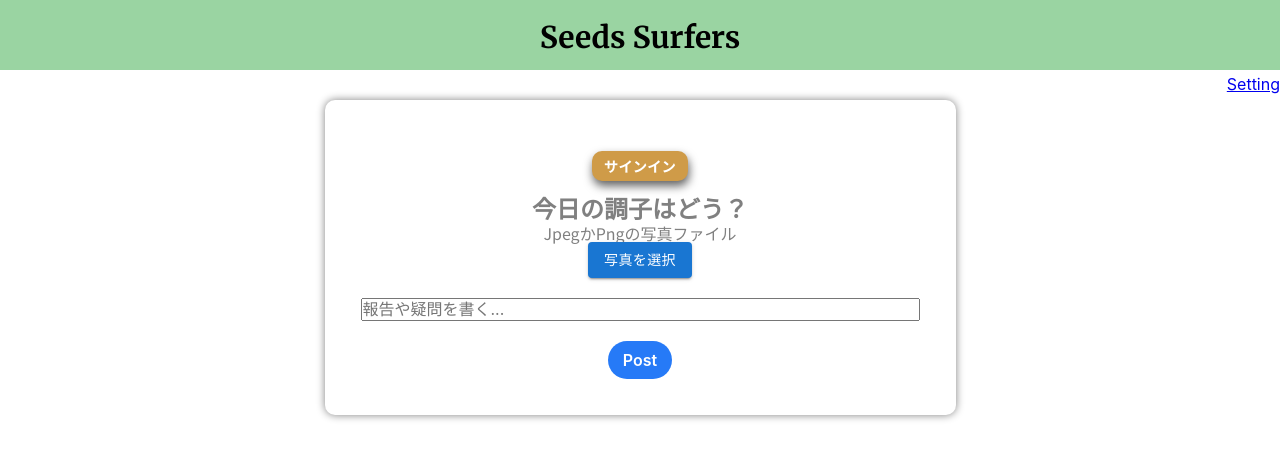
Repository: Seiya00002/seeds_surfers_react_sns
Page: /
The author's editor kept a copy of each file at every save. The page is drawn from the files as they stood at one save, then again after the next save.
The browser window is 1280 px wide. The pictures show the whole page.
The page's requests for data from a server got no answer. The project was rebuilt for these pictures with package versions that can differ from the ones it lists, and the page was loaded fresh each time. No one was signed in, and anything a server would have sent is missing. Also part of the build but not shown: src/Components/Post.css, src/Components/Post.tsx, src/Components/Account.tsx, src/Components/SignIn.css, src/Components/SignIn.tsx.

Above is the page before, as saved 2023-08-25 10:46:58.

After the next save:
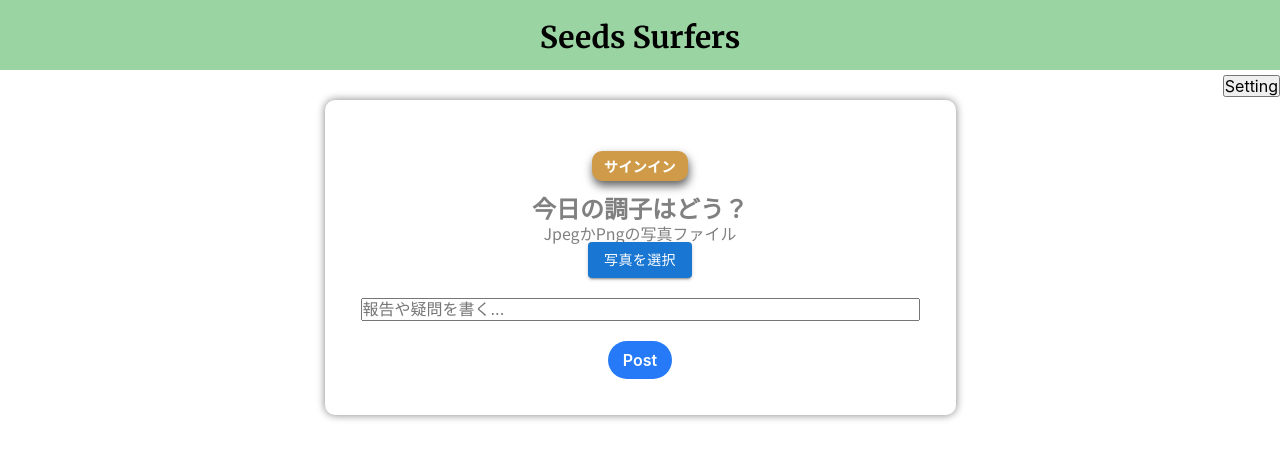
Saved 2 min 49 s later.
--- a/src/Header.tsx
+++ b/src/Header.tsx
@@ -1,4 +1,5 @@
 import React from "react";
+import { Link } from "react-router-dom";
 import './Header.css';
 
 function Header() {
@@ -6,12 +7,13 @@ function Header() {
         <div className="header">
             <h2>Seeds Surfers</h2>
             {/* <h3>Produced by cova.amigo</h3> */}
-            <a
-            href="/account"
+            <Link to="/account">
+            <button
             className="settingButton"
             >
             Setting
-            </a>
+            </button>
+            </Link>
         </div>
     )
 }
